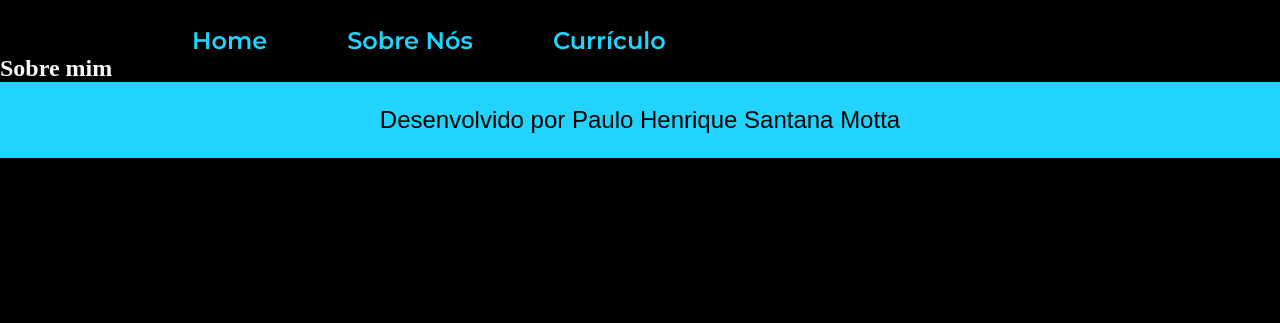
Repository: phsmottanerd/projeto-portfolio-alura
Page: about.html
These files come from the project's save history. The page is drawn as it stood at one moment and after the next save; the edit follows.
The browser window is 1280 px wide. The pictures show the whole page.
Some web fonts or font styles are not loaded; a fallback is used.

Above is the page before, as saved 2025-01-28 00:35:23.

### about.html
<!DOCTYPE html>
<html lang="pt-BR">
<head>
    <meta charset="UTF-8">
    <meta name="viewport" content="width=device-width, initial-scale=1.0">
   <link rel="stylesheet" href="./estilos/style.css">
    <title>Sobre mim</title>
</head>
<body>
<header class="cabecalho">
    <nav class="cabecalho__menu">
        <a class="cabecalho__menu__link" href="index.html">Home</a>
        <a class="cabecalho__menu__link" href="about.html">Sobre Nós</a>
        <a class="cabecalho__menu__link">Currículo</a>
      </nav>
</header>
<main>
<section class="">

    <h1>Sobre mim</h1>
</section>

</main>
<footer class="rodape">
    <p>Desenvolvido por Paulo Henrique Santana Motta</p>
  </footer>

</body>
</html>

### estilos/style.css
@import url('https://fonts.googleapis.com/css2?family=Krona+One&family=Montserrat:wght@400;600&display=swap');

*{
    margin: 0;
    padding: 0;
}

body{

    box-sizing: border-box;
    background-color: #000000;
    color: #F6F6F6;
}
.cabecalho{
padding: 2%  0%  0%  15%;


}
.cabecalho__menu{

    display:flex;
    gap:80px;
}

.cabecalho__menu__link{

    font-family:'Montserrat',sans-serif;
    font-size:24px;
    font-weight:600;
    color:#22D4FD;
    text-decoration:none;
}

.titulo-destaque{
    color: #22D4FD;
}

.apresentacao{
    padding: 5% 15%;
    display: flex;
    align-items: center;
    justify-content: space-between;
}
.apresentacao__conteudo{
    width: 615px;
    display: flex;
    flex-direction: column;
    gap: 40px;
}

.apresentacao__conteudo__titulo{
    font-size: 36px;
    font-family: 'Krona One', sans-serif;
}

.apresentacao__conteudo__texto{
    font-size: 24px;
    font-family: 'Montserrat', sans-serif;
}

.apresentacao__links{
    display: flex;
    flex-direction: column;
    justify-content: space-between;
    align-items: center;
    gap: 32px;
}
.apresentacao__links__subtitulo{
    font-family: 'Krona One', sans-serif;
    font-weight: 400;
    font-size: 24px;
}
.apresentacao__links__link{

    /* background-color: #22D4FD; */
    justify-content:center;
    gap:16px;
    display:flex;
    border: 2px solid #22D4FD;
    width: 378px;
    text-align: center;
    border-radius: 8px;
    font-size: 24px;
    font-weight: 600;
    padding: 21.5px 0;
    text-decoration: none;
    color: #F6F6F6;
    font-family: 'Montserrat', sans-serif;
}
.apresentacao__links__link:hover{

background-color:#272727;

}
.rodape{
padding: 24px;
color:#000;
background-color:#22D4FD;
text-align:center;
font-family:"Montsearrat",sans-serif;
 font-size: 24px;
 font-weight: 400;
}

After the next save:
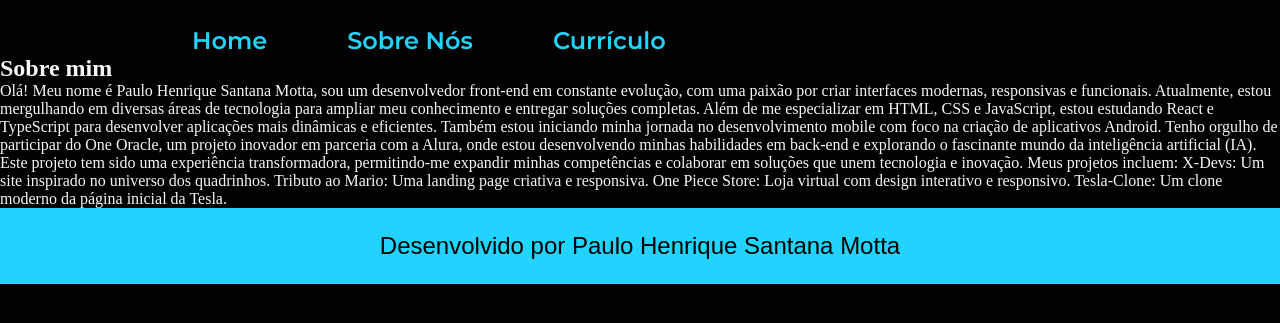
Saved 54 s later.
--- a/about.html
+++ b/about.html
@@ -18,6 +18,19 @@
 <section class="">
 
     <h1>Sobre mim</h1>
+<p>Olá! Meu nome é Paulo Henrique Santana Motta, sou um desenvolvedor front-end em constante evolução, com uma paixão por criar interfaces modernas, responsivas e funcionais.
+
+    Atualmente, estou mergulhando em diversas áreas de tecnologia para ampliar meu conhecimento e entregar soluções completas. Além de me especializar em HTML, CSS e JavaScript, estou estudando React e TypeScript para desenvolver aplicações mais dinâmicas e eficientes. Também estou iniciando minha jornada no desenvolvimento mobile com foco na criação de aplicativos Android.
+
+    Tenho orgulho de participar do One Oracle, um projeto inovador em parceria com a Alura, onde estou desenvolvendo minhas habilidades em back-end e explorando o fascinante mundo da inteligência artificial (IA). Este projeto tem sido uma experiência transformadora, permitindo-me expandir minhas competências e colaborar em soluções que unem tecnologia e inovação.
+
+    Meus projetos incluem:
+
+    X-Devs: Um site inspirado no universo dos quadrinhos.
+    Tributo ao Mario: Uma landing page criativa e responsiva.
+    One Piece Store: Loja virtual com design interativo e responsivo.
+    Tesla-Clone: Um clone moderno da página inicial da Tesla.</p>
+<p></p>
 </section>
 
 </main>
